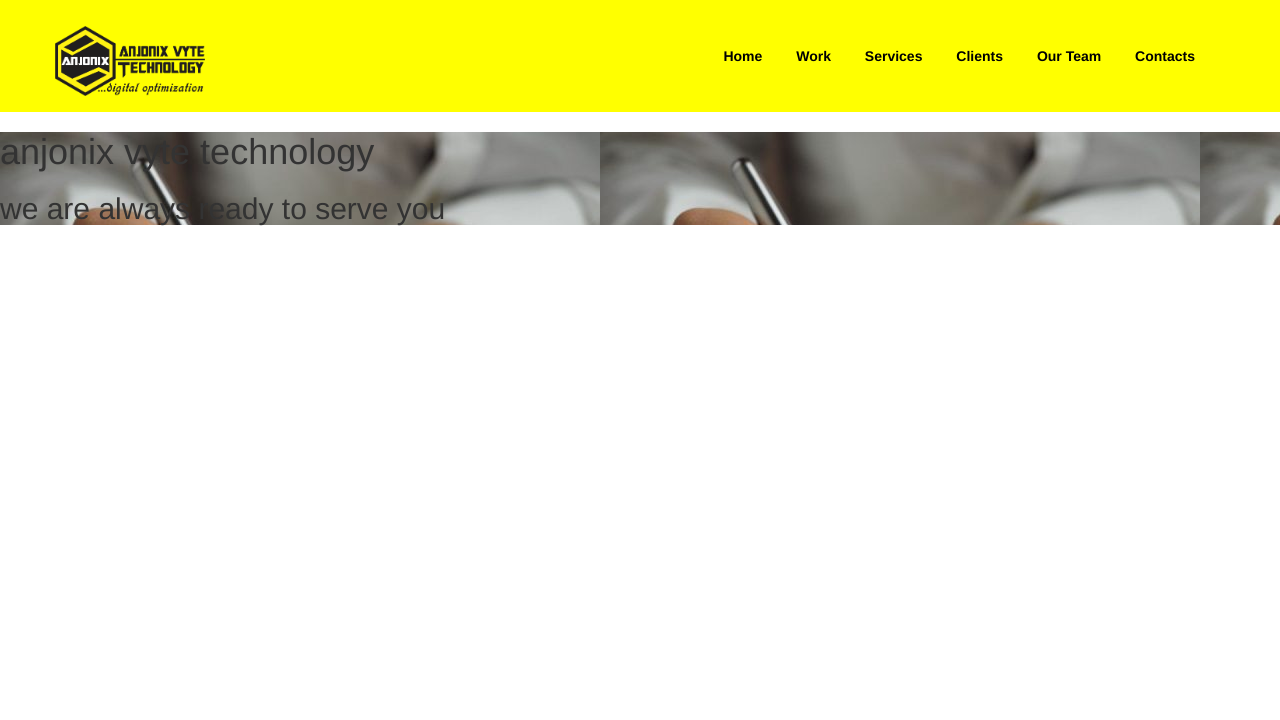
Repository: anjonix/Responsive-Website
Page: contact-form.html
These files come from the project's save history. The page is drawn as it stood at one moment and after the next save; the edit follows.
The browser window is 1280 px wide. The pictures show the whole page.

Above is the page before, as saved 2019-07-09 13:01:56.

After the next save:
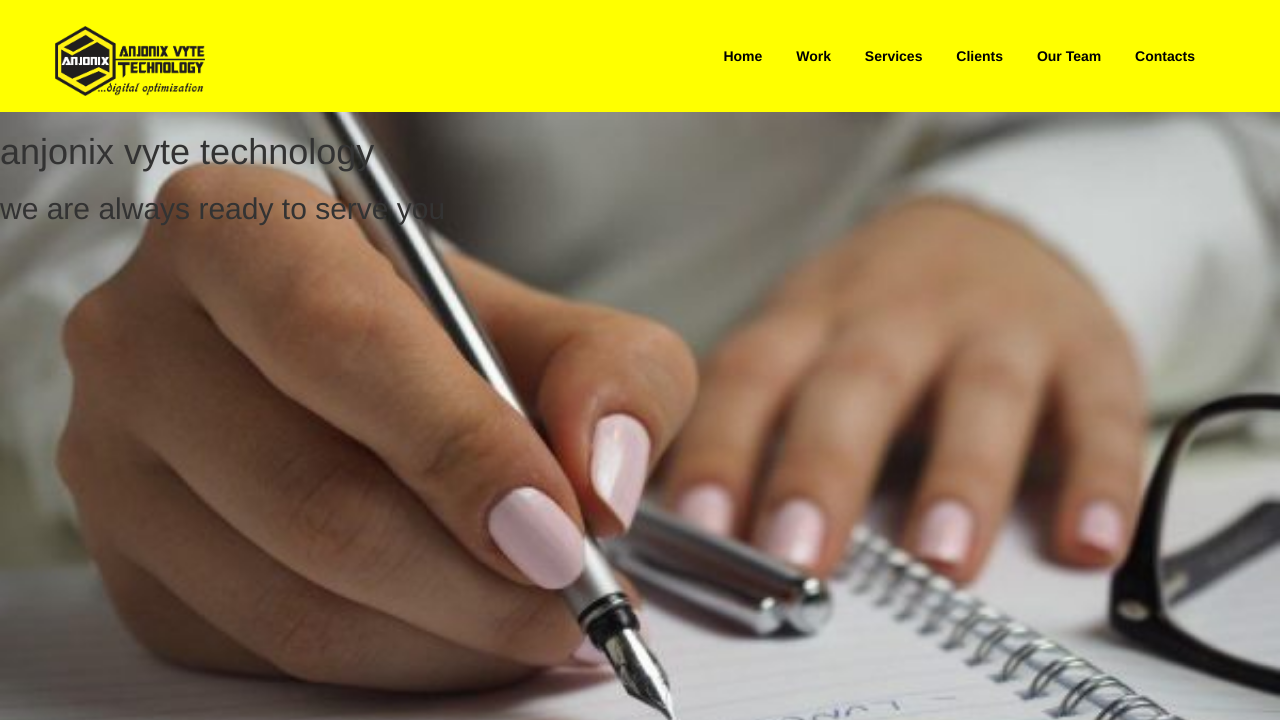
Saved 19 min 51 s later.
--- a/CSS/Contactform style.css
+++ b/CSS/Contactform style.css
@@ -3,10 +3,10 @@
     margin: 0;
     padding: 0;
 }
-.Contactform
+body
 {
     background: url(..//Images/image8.jpg);
-    margin: 0;
+    background-size: cover;
 }
 header
 {
